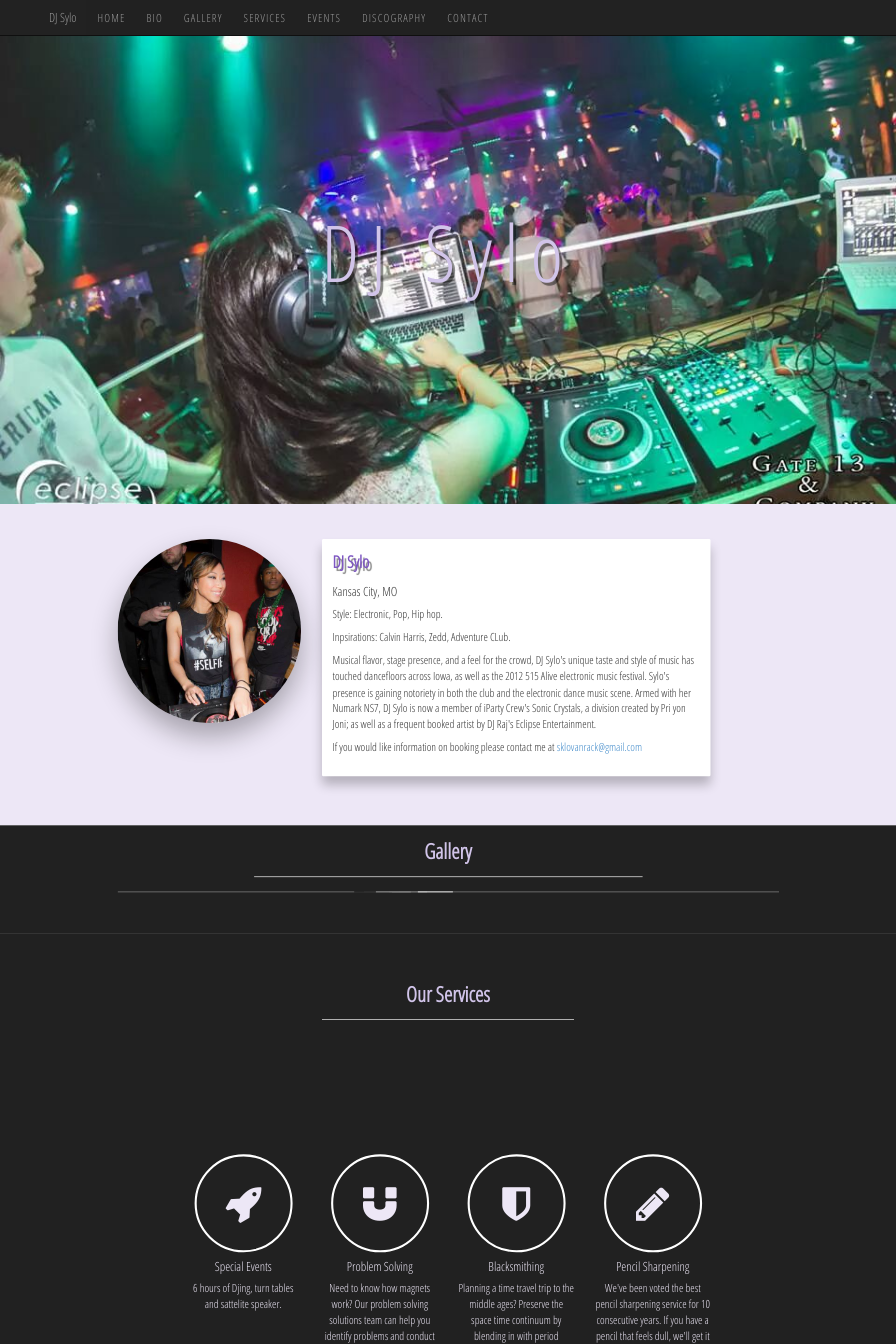
Repository: BambooXLotus/DjSylo
Page: client/index.html
The author's editor kept a record of every edit. The page is drawn from the files as they stood at one moment, then again after the next edit.
The browser window is 1280 px wide. The pictures show the part of the page from y = 0 to 1920 px (the page is 4178 px tall before and 4269 px after), at 70% of full size.
Pictures or frames that could not be fetched are drawn as grey boxes. Some icons come from a web library that is not loaded, so they are not drawn. Backgrounds fixed to the window are drawn as part of the page. Some web libraries are served in a nearby version.

Above is the page before.

### client/index.html
<!DOCTYPE html>
<html lang="en">

<head>
    <meta charset="utf-8">
    <meta name="viewport" content="width=device-width, initial-scale=1.0">
    <meta name="description" content="">
    <meta name="author" content="">
    <title>DJ Sylo</title>
    <!-- Bootstrap core CSS
        -->
    <link href="css/bootstrap.css" rel="stylesheet">
    <!-- Add custom CSS here -->
    <link href="css/stylish-portfolio.css" rel="stylesheet">
    <link href="//maxcdn.bootstrapcdn.com/font-awesome/4.1.0/css/font-awesome.min.css" rel="stylesheet">
    <link href="css/nanogallery.min.css" rel="stylesheet" type="text/css">
</head>

<body>
    <!-- Side Menu -->
    <nav class="navbar navbar-fixed-top navbar-inverse" role="navigation">
        <div class="container">
            <div class="navbar-header">
                <button type="button" class="navbar-toggle" data-toggle="collapse" data-target=".navbar-ex1-collapse">
                    <span class="sr-only">Toggle navigation</span>
                    <span class="icon-bar"></span>
                    <span class="icon-bar"></span>
                    <span class="icon-bar"></span>
                </button>
                <a class="navbar-brand" href="#top">DJ Sylo</a>
            </div>
            <!-- Collect the nav links, forms, and other content for toggling -->
            <div class="collapse navbar-collapse navbar-ex1-collapse">
                <ul class="nav navbar-nav">
                    <li>
                        <a href="#top">Home</a>
                    </li>
                    <li>
                        <a href="#about">Bio</a>
                    </li>
                    <li>
                        <a href="#gallery">Gallery</a>
                    </li>
                    <li>
                        <a href="#services">Services</a>
                    </li>
                    <li>
                        <a href="#portfolio">Events</a>
                    </li>
                    <li>
                        <a href="#portfolio">Discography</a>
                    </li>
                    <li>
                        <a href="#contact">Contact</a>
                    </li>
                </ul>
            </div>
            <!-- /.navbar-collapse -->
        </div>
        <!-- /.container -->
    </nav>
    <!-- /Side Menu -->
    <!-- Full Page Image Header Area -->
    <div id="top" class="header">
        <div class="vert-text">
            <div class="hero">
                <a href="#contact"><h1>DJ Sylo</h1></a>
            </div>
        </div>
    </div>
    <!-- /Full Page Image Header Area -->
    <!-- Intro -->
    <div id="about" class="about">
        <div class="container">
            <div class="row">
                <div class="col-md-3 col-md-offset-1">
                    <img class="img-circle img-responsive circle-shadow" src="img/portrait-sm.jpg">
                </div>
                <div class="col-md-6 col-xs-12">
                    <div class="panel panel-default dialog">
                        <div class="panel-heading">
                            <h3>DJ Sylo</h3>
                        </div>
                        <div class="panel-body">
                            <h4>Kansas City, MO</h4>
                            <p>Style: Electronic, Pop, Hip hop.</p>
                            <p>Inpsirations: Calvin Harris, Zedd, Adventure CLub.</p>
                            <p>Musical flavor, stage presence, and a feel for the crowd, DJ Sylo's unique taste and style of music has touched dancefloors across Iowa, as well as the 2012 515 Alive electronic music festival. Sylo's presence is gaining notoriety
                                in both the club and the electronic dance music scene. Armed with her Numark NS7, DJ Sylo is now a member of iParty Crew's Sonic Crystals, a division created by Pri yon Joni; as well as a frequent booked artist by DJ Raj's
                                Eclipse Entertainment.</p>
                            <p>If you would like information on booking please contact me at <a href="sklovanrack@gmail.com">sklovanrack@gmail.com</a>
                            </p>
                        </div>
                    </div>
                </div>
            </div>
        </div>
    </div>
    <!-- /Intro -->
    <!-- Gallery -->
    <div id="gallery" class="gallery">
        <div class="container">
            <div class="row">
                <div class="col-md-6 col-md-offset-3 text-center">
                    <h2>Gallery</h2>
                    <hr>
                </div>
            </div>
            <div class="row">
                <div class="col-md-10 col-md-offset-1 col-xs-12 text-center">
                    <div id="nanoGallery2"></div>
                </div>
            </div>
        </div>
    </div>
    <!-- /Gallery -->
    <!-- Services -->
    <div id="services" class="services">
        <div class="container">
            <div class="row">
                <div class="col-md-4 col-md-offset-4 text-center">
                    <h2>Our Services</h2>
                    <hr>
                </div>
            </div>
            <div class="row">
                <div class="col-md-offset-3 col-md-6">
                    <iframe width="100%" height="166" scrolling="no" frameborder="no" src="https://w.soundcloud.com/player/?url=https%3A//api.soundcloud.com/tracks/160960689&amp;color=ff5500&amp;auto_play=false&amp;hide_related=false&amp;show_comments=true&amp;show_user=true&amp;show_reposts=false"></iframe>
                </div>
            </div>
            <div class="row">
                <div class="col-md-2 col-md-offset-2 text-center">
                    <div class="service-item">
                        <i class="service-icon fa fa-rocket"></i>
                        <h4>Special Events</h4>
                        <p>6 hours of Djing, turn tables and sattelite speaker.</p>
                    </div>
                </div>
                <div class="col-md-2 text-center">
                    <div class="service-item">
                        <i class="service-icon fa fa-magnet"></i>
                        <h4>Problem Solving</h4>
                        <p>Need to know how magnets work? Our problem solving solutions team can help you identify problems and conduct exploratory research.</p>
                    </div>
                </div>
                <div class="col-md-2 text-center">
                    <div class="service-item">
                        <i class="service-icon fa fa-shield"></i>
                        <h4>Blacksmithing</h4>
                        <p>Planning a time travel trip to the middle ages? Preserve the space time continuum by blending in with period accurate armor and weapons.</p>
                    </div>
                </div>
                <div class="col-md-2 text-center">
                    <div class="service-item">
                        <i class="service-icon fa fa-pencil"></i>
                        <h4>Pencil Sharpening</h4>
                        <p>We've been voted the best pencil sharpening service for 10 consecutive years. If you have a pencil that feels dull, we'll get it sharp!</p>
                    </div>
                </div>
            </div>
        </div>
    </div>
    <!-- /Services -->
    <!-- Callout -->
    <div class="callout">
        <div class="vert-text">
            <h1>DJ Sylo</h1>
        </div>
    </div>
    <!-- /Callout -->
    <!-- Portfolio -->
    <div id="portfolio" class="portfolio">
        <div class="container">
            <div class="row">
                <div class="col-md-4 col-md-offset-4 text-center">
                    <h2>Events</h2>
                    <hr>
                </div>
            </div>
            <div class="row">
                <div class="col-md-5 col-md-offset-1">
                    <div class="panel card fixed-card">
                        <div class="card-heading">
                            <h3 class="panel-title">Joker's</h3>
                            <h4 class="panel-title stickyBottom">Des Moines - Iowa</h4>
                            <a href="https://www.facebook.com/jokersdsm">
                                <img class="img-portfolio img-responsive" src="img/Events/wompgiving2014.jpg">
                            </a>
                        </div>
                        <div class="panel-body">
                            <h4>November 26th Wednesday</h4>
                            <span>Bottomless Cup 9PM-12PM</span>
                            <span>$2 Bottles 9PM-12AM</span>
                            <span>$2 Tequila & Fireball all night</span>
                        </div>
                    </div>
                </div>
                <div class="col-md-5">
                    <div class="panel card fixed-card">
                        <div class="card-heading">
                            <h3 class="panel-title">Jokers</h3>
                            <h4 class="panel-title stickyBottom">Cedarfalls - Iowa</h4>
                            <img class="img-portfolio img-responsive" src="img/portfolio-2.jpg">
                        </div>
                        <div class="panel-body">
                            <h4>Dec 26th Wednesday</h4>
                            <h5>Cats Named Remmy Drink Free</h5>
                        </div>
                    </div>
                </div>
            </div>
            <div class="row">
                <div class="col-md-5 col-md-offset-1">
                    <div class="panel card fixed-card">
                        <div class="card-heading">
                            <h3 class="panel-title">Cafe Mood</h3>
                            <h4 class="panel-title stickyBottom">Ames - Iowa</h4>
                            <img class="img-portfolio img-responsive" src="img/portfolio-3.jpg">
                        </div>
                        <div class="panel-body">
                            <h4>Dec 26th Wednesday</h4>
                        </div>
                    </div>
                </div>
                <div class="col-md-5">
                    <div class="panel card fixed-card">
                        <div class="card-heading">
                            <h3 class="panel-title">Hotel</h3>
                            <h4 class="panel-title stickyBottom">Kansas City - Missouri</h4>
                            <img class="img-portfolio img-responsive" src="img/portfolio-4.jpg">
                        </div>
                        <div class="panel-body">
                            <h4>Dec 26th Wednesday</h4>
                            <h5>Located in the Power and Light district.</h5>
                        </div>
                    </div>
                </div>
            </div>
        </div>
    </div>
    <!-- /Portfolio -->
    <!-- Map -->
    <div id="contact">
        <div class="container">
            <div class="row">
                <div class="col-md-6 col-md-offset-3">
                    <h3>Contact</h3>
                    <hr>
                    <address>
                            <strong>Email:</strong>
                            <a href="mailto:#">sklovanrack@gmail.com</a>
                            <br>
                            <br>
                            <strong>Phone:</strong>(515) 329-2323</address>
                </div>
            </div>
            <div>
                <div class="col-md-6 col-md-offset-3 contact-form">
                    <form id="contact" method="post" class="form" role="form">
                        <div class="row">
                            <div class="col-xs-6 col-md-6 form-group">
                                <input class="form-control" id="name" name="name" placeholder="Name" type="text" />
                            </div>
                            <div class="col-xs-6 col-md-6 form-group">
                                <input class="form-control" id="email" name="email" placeholder="Email" type="email" required />
                            </div>
                        </div>
                        <textarea class="form-control" id="message" name="message" placeholder="Message" rows="5"></textarea>
                        <br />
                        <div class="row">
                            <div class="col-xs-12 col-md-12 form-group">
                                <button class="btn btn-primary pull-right" type="submit">Submit</button>
                            </div>
                        </div>
                    </form>
                </div>
            </div>
        </div>
    </div>
    <!-- /Map -->
    <!-- Footer -->
    <footer>
        <div class="container">
            <div class="row">
                <div class="col-md-6 col-md-offset-3 text-center">
                    <ul class="list-inline">
                        <li>
                            <a class="fa fa-facebook fa-3x" href="https://www.facebook.com/DJSyloSonicCrystals"></a>
                        </li>
                        <li>
                            <i class="fa fa-twitter fa-3x"></i>
                        </li>
                        <li>
                            <i class="fa fa-instagram fa-3x"></i>
                        </li>
                        <li>
                            <a class="fa fa-soundcloud fa-3x" href="https://soundcloud.com/bambooproduction/sets"></a>
                        </li>
                    </ul>
                    <div class="top-scroll">
                        <a href="#top"><i class="fa fa-circle-arrow-up scroll fa-4x"></i></a>
                    </div>
                    <hr>
                    <p>Copyright &copy; Bamboo Lotus 2014</p>
                </div>
            </div>
        </div>
    </footer>
    <!-- /Footer -->
    <!-- JavaScript -->
    <script src="js/jquery-1.10.2.js"></script>
    <script src="js/bootstrap.js"></script>

    <!-- nanoGALLERY plugin files -->
    <script type="text/javascript" src="js/jquery.nanogallery.min.js"></script>
    <!-- Custom JavaScript for the Side Menu and Smooth Scrolling
        -->
    <script>
        $("#menu-close").click(function(e) {
            e.preventDefault();
            $("#sidebar-wrapper").toggleClass("active");
        });
    </script>
    <script>
        $("#menu-toggle").click(function(e) {
            e.preventDefault();
            $("#sidebar-wrapper").toggleClass("active");
        });
    </script>
    <script>
        $(function() {
            $('a[href*=#]:not([href=#])').click(function() {
                if (location.pathname.replace(/^\//, '') == this.pathname.replace(/^\//, '') || location.hostname == this.hostname) {

                    var target = $(this.hash);
                    target = target.length ? target : $('[name=' + this.hash.slice(1) + ']');
                    if (target.length) {
                        $('html,body').animate({
                            scrollTop: target.offset().top
                        }, 1000);
                        return false;
                    }
                }
            });

            $("#nanoGallery2").nanoGallery({
                thumbnailWidth: 'auto',
                thumbnailHeight: 200,
                userID: 'derensomsanith@gmail.com',
                kind: 'picasa',
                album: '6020738059883313137',
                colorSchemeViewer: 'light',
                thumbnailHoverEffect: [{
                    name: 'labelAppear75',
                    duration: 300
                }],
                thumbnailGutterWidth: 1,
                thumbnailGutterHeight: 1,
                i18n: {
                    thumbnailImageDescription: 'View Photo',
                    thumbnailAlbumDescription: 'Open Album'
                },
                thumbnailLabel: {
                    display: true,
                    position: 'overImageOnMiddle',
                    align: 'center'
                },
                photoSorting: 'random',
                lazyBuild: 'none',
                lazyBuildTreshold: 300
            });
        });

        (function(i, s, o, g, r, a, m) {
            i['GoogleAnalyticsObject'] = r;
            i[r] = i[r] || function() {
                (i[r].q = i[r].q || []).push(arguments)
            }, i[r].l = 1 * new Date();
            a = s.createElement(o),
                m = s.getElementsByTagName(o)[0];
            a.async = 1;
            a.src = g;
            m.parentNode.insertBefore(a, m)
        })(window, document, 'script', '//www.google-analytics.com/analytics.js', 'ga');

        ga('create', 'UA-56532059-1', 'auto');
        ga('send', 'pageview');
    </script>
</body>

</html>

### client/css/stylish-portfolio.css
/* Global Styles */

@import url(http://fonts.googleapis.com/css?family=Open+Sans+Condensed:300);
html,
body {
  height: 100%;
  width: 100%;
  font-family: 'Open Sans Condensed', sans-serif;
  font-size: 16px;
}
h1 {
  color: #D1C4E9;
  text-shadow: 4px 4px 1px rgba(0, 0, 0, 0.45);
}
h2 {
  color: #D1C4E9;
  font-weight: bold;
}
h3 {
  color: #7E57C2;
  text-shadow: 4px 4px 1px rgba(0, 0, 0, 0.45);
  font-weight: bold;
}
.vert-text {
  display: table-cell;
  vertical-align: middle;
  text-align: center;
}
.vert-text h1 {
  padding: 0;
  margin: 0;
  font-size: 4.5em;
  font-weight: 300;
  letter-spacing: .15em;
  font-size: 7em;
}
/* Side Menu */

.nav {
  background-color: #212121;
  text-transform: uppercase;
  letter-spacing: .1em;
  font-size: 1em;
  font-weight: 300;
}
#sidebar-wrapper {
  margin-right: -250px;
  right: 0;
  width: 250px;
  background: #000;
  position: fixed;
  height: 100%;
  overflow-y: auto;
  z-index: 1000;
  -webkit-transition: all 0.4s ease 0s;
  -moz-transition: all 0.4s ease 0s;
  -ms-transition: all 0.4s ease 0s;
  -o-transition: all 0.4s ease 0s;
  transition: all 0.4s ease 0s;
}
.sidebar-nav {
  position: absolute;
  top: 0;
  width: 250px;
  list-style: none;
  margin: 0;
  padding: 0;
}
.sidebar-nav li {
  line-height: 40px;
  text-indent: 20px;
}
.sidebar-nav li a {
  color: #999999;
  display: block;
  text-decoration: none;
}
.sidebar-nav li a:hover {
  color: #fff;
  background: rgba(255, 255, 255, 0.2);
  text-decoration: none;
}
.sidebar-nav li a:active,
.sidebar-nav li a:focus {
  text-decoration: none;
}
.sidebar-nav > .sidebar-brand {
  height: 55px;
  line-height: 55px;
  font-size: 18px;
}
.sidebar-nav > .sidebar-brand a {
  color: #999999;
}
.sidebar-nav > .sidebar-brand a:hover {
  color: #fff;
  background: none;
}
#menu-toggle {
  top: 0;
  right: 0;
  position: fixed;
  z-index: 1;
}
#sidebar-wrapper.active {
  right: 250px;
  width: 250px;
  -webkit-transition: all 0.4s ease 0s;
  -moz-transition: all 0.4s ease 0s;
  -ms-transition: all 0.4s ease 0s;
  -o-transition: all 0.4s ease 0s;
  transition: all 0.4s ease 0s;
}
.toggle {
  margin: 5px 5px 0 0;
}
/* Full Page Image Header Area */

.header {
  display: table;
  height: 100%;
  width: 100%;
  position: relative;
  background: url(../img/DJSyloJumbotron.jpeg) no-repeat center center fixed;
  -webkit-background-size: cover;
  -moz-background-size: cover;
  -o-background-size: cover;
  background-size: cover;
}
/* Intro */

.intro {
  padding: 50px 0;
}
/* About */

.about {
  background: #EDE7F6;
  padding: 50px 0;
}

/* Gallery */
.gallery{
  background: #212121;
}
/* Services */
.services {
  background: #212121;
  padding: 50px 0;
  color: #EDE7F6;
}
.service-item {
  margin-bottom: 15px;
}
i.service-icon {
  border: 3px solid #ffffff;
  border-radius: 50%;
  display: inline-block;
  font-size: 56px;
  width: 140px;
  height: 140px;
  line-height: 136px;
  vertical-align: middle;
  text-align: center;
}
/* Callout */

.callout {
  color: #ffffff;
  display: table;
  height: 400px;
  width: 100%;
  background: url(../img/callout_DJSylo.jpeg) no-repeat center center fixed;
  -webkit-background-size: cover;
  -moz-background-size: cover;
  -o-background-size: cover;
  background-size: cover;
}
/* Portfolio */

.portfolio {
  padding: 50px 0;
}
.portfolio-item {
  margin-bottom: 25px;
}
.img-portfolio {
  margin: 0 auto;
}

/* Map */

.map {
  height: 500px;
}
/* Footer */

footer {
  padding: 100px 0;
}
.top-scroll {
  margin-top: 50px;
}
.top-scroll a {
  text-decoration: none;
  color: inherit;
}
i.scroll {
  color: #333333;
}
i.scroll:hover {
  color: #0a5175;
}
/* Responsive */

@media (max-width: 868px) {
  .header {
    background: url(../img/DJSyloJumbotron.jpeg) no-repeat center center scroll;
  }
  .callout {
    background: url(../img/callout_DJSylo.jpeg) no-repeat center center scroll;
  }
  .map {
    height: 75%;
  }
}
html,
body {
  height: 100%;
}
.carousel,
.item,
.active {
  height: 100%;
}
.carousel-inner {
  height: 100%;
}
.fill {
  width: 100%;
  height: 100%;
  background-position: center;
  background-size: cover;
}
/* faster sliding speed */

.carousel-inner > .item {
  -webkit-transition: 0.3s ease-in-out left;
  -moz-transition: 0.3s ease-in-out left;
  -o-transition: 0.3s ease-in-out left;
  transition: 0.3s ease-in-out left;
}
/* keep full widget on smaller screens */

@media (max-width: 767px) {
  body {
    padding-left: 0;
    padding-right: 0;
  }
}
#galleryContainer {
  background: #DDD;
  max-width: 1000px;
  max-height: 500px;
}
.item img {
  width: 50%;
}
.item.w2 {
  width: 25%;
}
.circle-shadow {
  box-shadow: 0 19px 38px rgba(0, 0, 0, 0.30);
}
/* Card, Dialog */

.card,
.dialog {
  border-radius: 2px;
  border: 0px;
  position: relative;
  display: inline-block;
  vertical-align: top;
  background-color: #fff;
  box-shadow: 0 12px 15px 0 rgba(0, 0, 0, 0.24);
}
.fixed-card {
  max-width: 400px;
  max-height: 400px;
}
.panel:hover .panel-title {
  background: #e91e63;
}
.panel-title {
  position: absolute;
  background: rgba(34, 34, 34, 0.6);
  color: White;
  padding: 5px;
  z-index: 3;
  -webkit-transition: all .6s ease-in-out;
  -moz-transition: all .6s ease-in-out;
  -o-transition: all .6s ease-in-out;
  -ms-transition: all .6s ease-in-out;
  transition: all .6s ease-in-out;
}
.panel-default > .panel-heading {
  border-radius: 0;
  background: transparent;
  border: 0px;
}
.panel-heading {
  padding: 0px 15px;
}
.panel-body {
  padding: 0px 15px;
  padding-bottom: 20px;
}
.card-heading {
  border-radius: 0;
  background: transparent;
  overflow: hidden;
  padding: 0px;
  border-bottom: 0px;
}
.stickyBottom {
  position: absolute;
  bottom: 0;
  left: 0;
}

Loaded but not shown: client/css/bootstrap.css (library); client/css/nanogallery.min.css (library); client/js/jquery-1.10.2.js (library); client/js/bootstrap.js (library); client/js/jquery.nanogallery.min.js (library)

After the next edit:
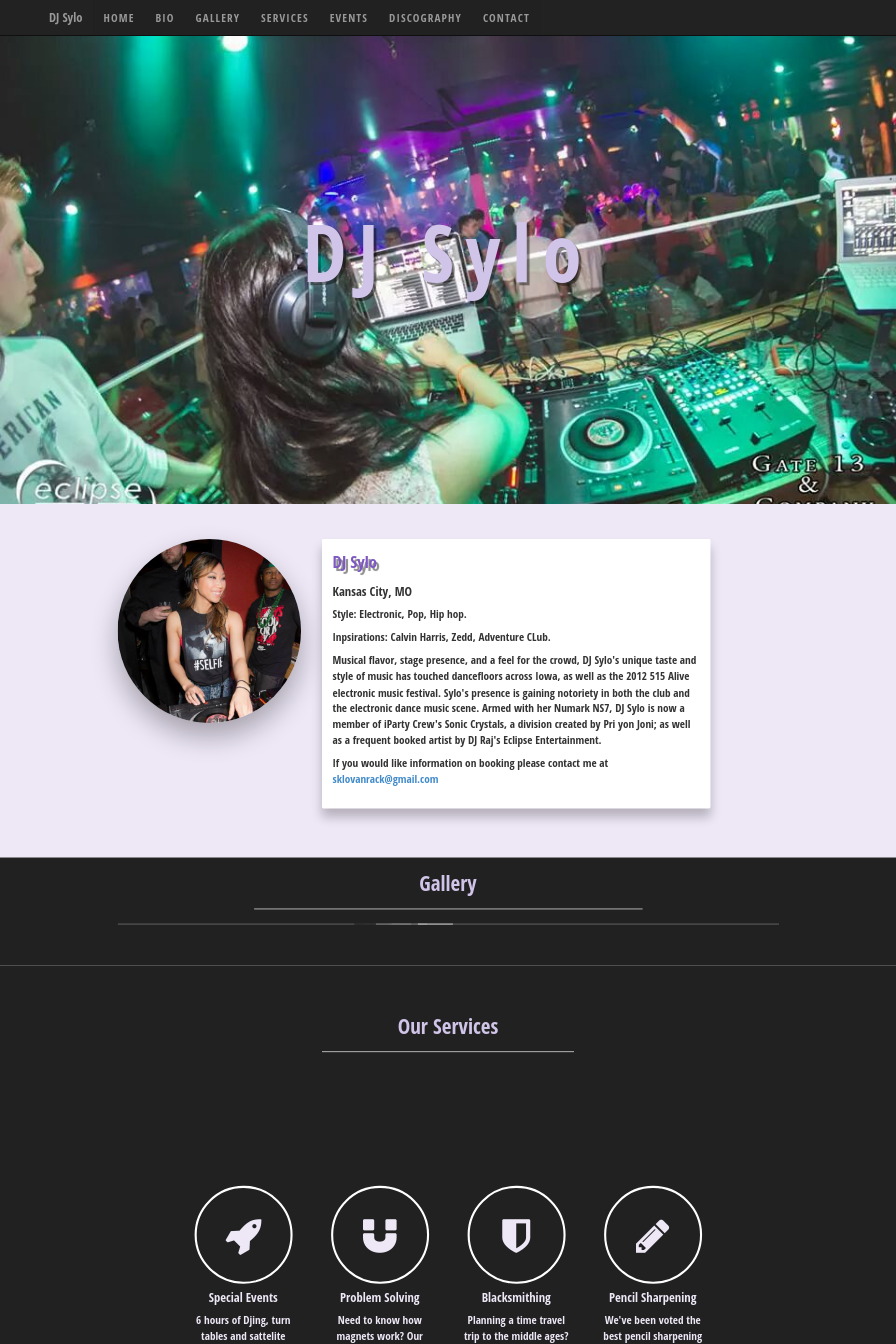
The edit:
--- a/client/css/stylish-portfolio.css
+++ b/client/css/stylish-portfolio.css
@@ -1,6 +1,7 @@
 /* Global Styles */
 
-@import url(http://fonts.googleapis.com/css?family=Open+Sans+Condensed:300);
+@import url(http://fonts.googleapis.com/css?family=Source+Sans+Pro:100,200,300,400);
+
 html,
 body {
   height: 100%;
